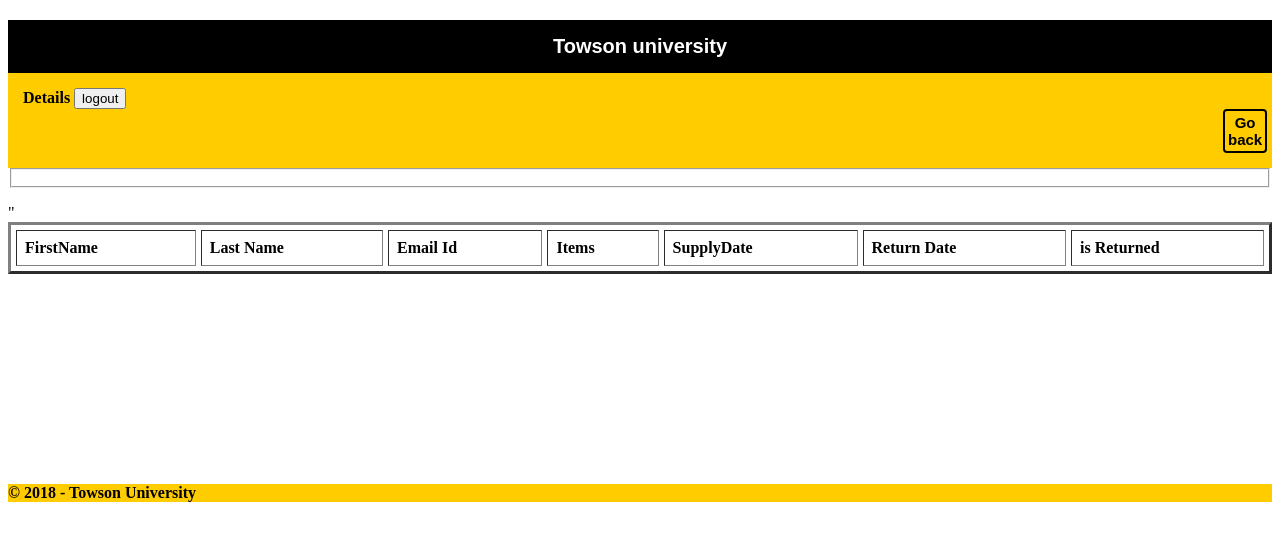
Repository: DatabaseCOSC578/eclipse-workspace11
Page: http://localhost/Supervisor/Supervisorshow.jsp
These files come from the project's save history. The page is drawn as it stood at one moment and after the next save; the edit follows.
The browser window is 1280 px wide. The pictures show the whole page.
The page is served by Tomcat 9. Other server files are loaded and not shown. Queries for data that is not in the repository find no rows.

Above is the page before, as saved 2018-04-16 12:08:32.

### Supervisor/WebContent/Supervisorshow.jsp
<%@page import="java.sql.*"%>
<%@page import="java.lang.*"%>
<%@page import="java.util.*"%>
<html>
<head>
    <link href="css/layout1.css" rel="stylesheet">
</head>

<body>
<header><center>Towson university</center></header>
<form name="inputdetails" action="" method="post" id="form1">
<div ><b>Details</b>

<button id ="b2" type="submit" formaction="Supervisor.jsp">logout</button>
<button id ="b1" type="submit" formaction="Supervisor.jsp">Go back</button>
</div>
<fieldset><center>

<!-- <b>CustId:</b> <input type=text style="width: 200px;" name="custid " placeholder="customer ID"><br><br> -->
<!-- <b>CustName:</b><input type=text style="width: 300px; align:center;" name="custname" placeholder="customer name "><br><br> -->
<!-- <b>Items:<b/><br/> -->
<!-- <textarea rows="5" cols="60"  maxlength="260" name="items" placeholder="Please enter Items List"> -->
<!-- </textarea> <br><br> -->
<!-- <input type=checkbox name="return" value=1>return<br><br> -->
<!-- Supplied date<input type=text name="sdate" placeholder="Supply Date" ><br><br> -->
<!-- Returned date<input type=text name="rdate" placeholder="Return Date" ><br><br> -->
<!-- <input type=submit value=submit> <br><br><br><br><br> -->

</center></fieldset>
</form>
<%
Connection con=null;
try {


//	 Connection con1=db.getconnection();


	 try{
		 Class.forName("com.mysql.jdbc.Driver");
		con = DriverManager.getConnection("jdbc:mysql://127.0.0.1:3306/supervision","root","root");
		System.out.println("Connection Object"+con+"HERERERERERERERERER");

}
catch(Exception e){
e.printStackTrace();
}


	 PreparedStatement ps=con.prepareStatement("select * from supervision.items");
	 ResultSet rs=ps.executeQuery();
	 System.out.println(rs.getRow()+"HERERERERRRR");
	 rs.beforeFirst();
	 //System.out.println(rs.isBeforeFirst());
	 System.out.println(rs.getRow()+"HERERABCDRR");


%>

"<TABLE  BORDER="3" colspan="2"  WIDTH="100%"   CELLPADDING="8" CELLSPACING="5">
		   <TR>
		   <TD><b>FirstName</b></TD>
		    <TD><b>Last Name</b></TD>
		    <TD><b>Email Id</b></TD>
		   <TD><b>Items</b></TD>
		    <TD><b>SupplyDate</b></TD>
		   <TD><b>Return Date</b></TD>
		   <TD><b>is Returned</b> </TD>
		   </TR>

	<%  int i=1;
	 while(rs.next()&&i<8){ %>
		 <TR>
		   <TD><%out.println(rs.getString(i)); %></TD>
		   <TD><%out.println(rs.getString(2)); %></TD>
		   <TD><%out.println(rs.getString(3));%></TD>
		    <TD><%out.println(rs.getString(4)); %></TD>
		   <TD><%out.println(rs.getString(6)); %></TD>
		   <TD><%out.println(rs.getString(7));%></TD>
		   <TD><% out.println(rs.getString(5));%></TD>
		   </TR>
		 <% //System.out.println(rs.getString(i)+"      "+rs.getString(2)+"                  "+rs.getString(3)+"                  "+rs.getString(4)+"                  "+rs.getString(5)+"      "+rs.getString(6)+"      "+rs.getString(7));
	%>
		   <%
	 }
	 }
	 catch(Exception e) {
		 e.printStackTrace();
	 }
%>

		   </TABLE>

</body>
<footer> &copy 2018 - Towson University</footer>
</html>

### Supervisor/WebContent/css/layout1.css
header {
	position: relative;
	color: #FFFFFF;
	font-family: sans-serif;
	font-size: 20px;
	text-align:left;
	background-color: #000000;
	margin: 20;
	margin-left:0;
	margin-bottom:0;
	margin-right:0;

	padding: 15;
	font-weight:700;
}

div {
	background-color: #fc0;
	margin: 0;
	margin-top:0;
	padding: 15;
}

#fs {
	margin-top: 5;
	border: solid;
}

footer {
	font-weight: 800;
	text-color: solid #000000;
	background-color: #fc0;
	margin-top: 210;
}
textarea{
	resize:none;
	border-radius:5%;
}
input[type="submit"] {
	align:center;
	margin: 20px;
	background-color: #fc0;
	padding: 3;
	text-align:center;
	text-weight: 700;
	border: solid 2px;
	font-size: 15;
	border-radius: 9%;
}
input[type="submit"]:hover {
	cursor:pointer;
}

#abc{
align:center;
margin-left:800;
}

#b1 {
		align:center;
	margin-left: 1200;
	background-color: #fc0;
	padding: 3;
	text-align:center;
	text-weight: 700;
	border: solid 2px;
	font-size: 15;
	font-weight:700;
	border-radius: 9%;
	position:relative;
}

#b1:hover {
	cursor:pointer;
}

#hash {
	background-color: #fc0;
}

After the next save:
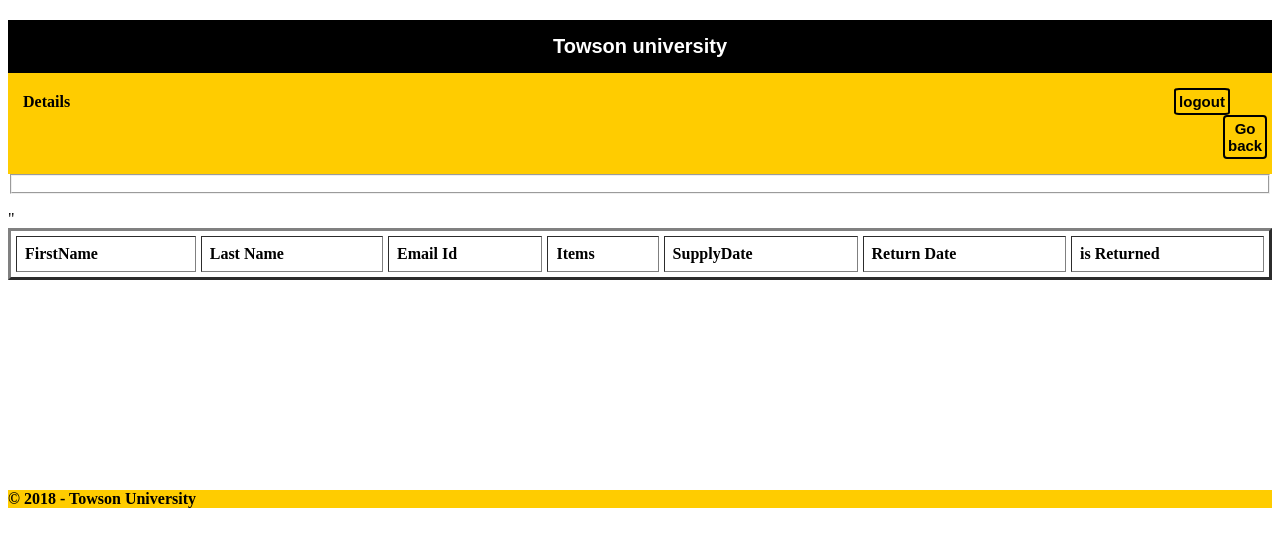
Saved 16 s later.
--- a/Supervisor/WebContent/css/layout1.css
+++ b/Supervisor/WebContent/css/layout1.css
@@ -69,6 +69,20 @@
 	border-radius: 9%;
 	position:relative;
 }
+#b2 {
+		align:center;
+	margin-left: 1100;
+	background-color: #fc0;
+	padding: 3;
+	text-align:center;
+	text-weight: 700;
+	border: solid 2px;
+	font-size: 15;
+	font-weight:700;
+	border-radius: 9%;
+	position:relative;
+}
+
 
 #b1:hover {
 	cursor:pointer;
